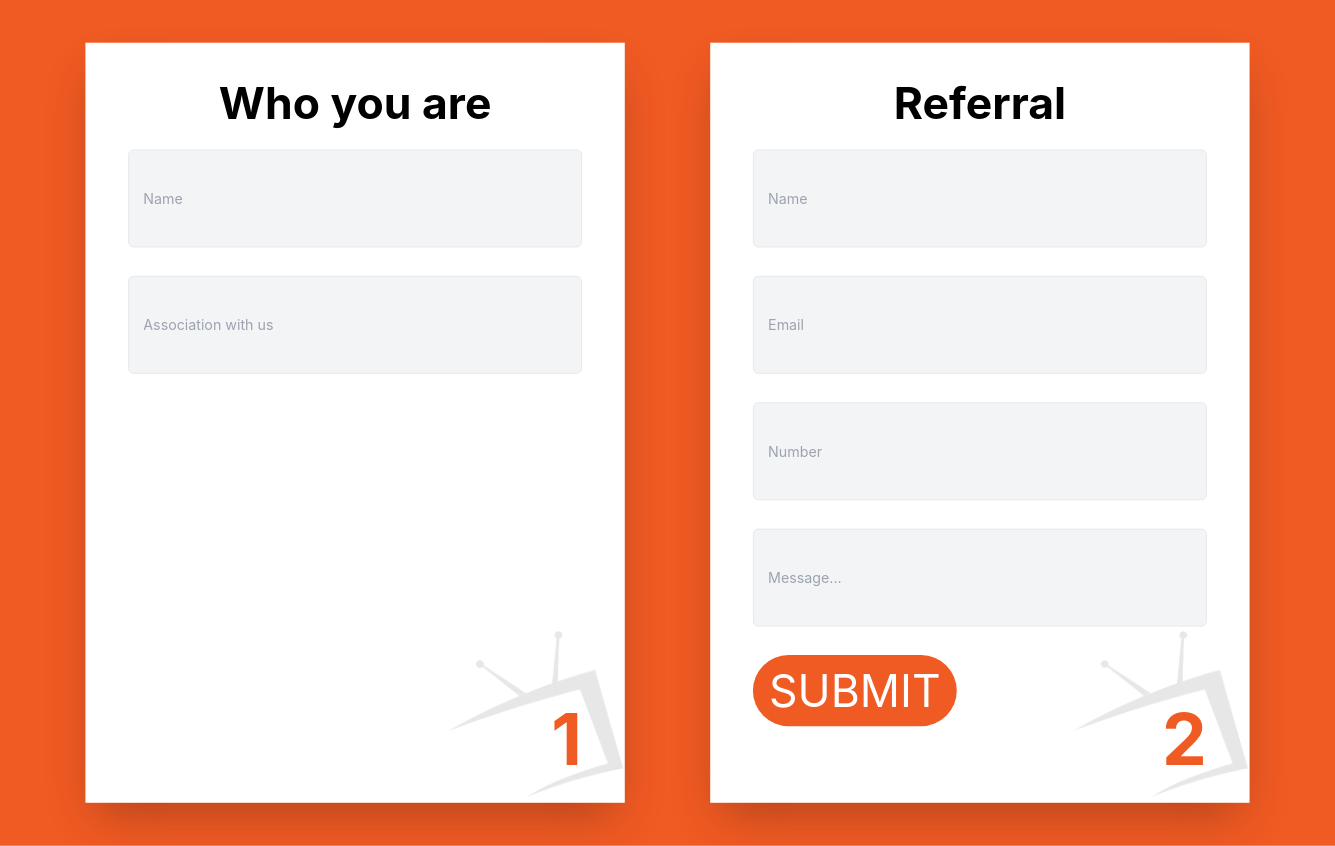
Repository: legenddev1202/whyclicktv
Page: /referrel
The author's editor kept a copy of each file at every save. The page is drawn from the files as they stood at one save, then again after the next save.
The browser window is 1280 px wide. The page is 1500 px wide, so the pictures cover 1500 px, including what lies to the right of the window. The pictures show the whole page, at 89% of full size.
The project was rebuilt for these pictures with package versions that can differ from the ones it lists, and the page was loaded fresh each time. Also part of the build but not shown: src/App.css, src/pages/home.js, src/pages/about.js, src/pages/contact.js, src/pages/partners.js.

Above is the page before, as saved 2022-04-12 08:03:45.

After the next save:
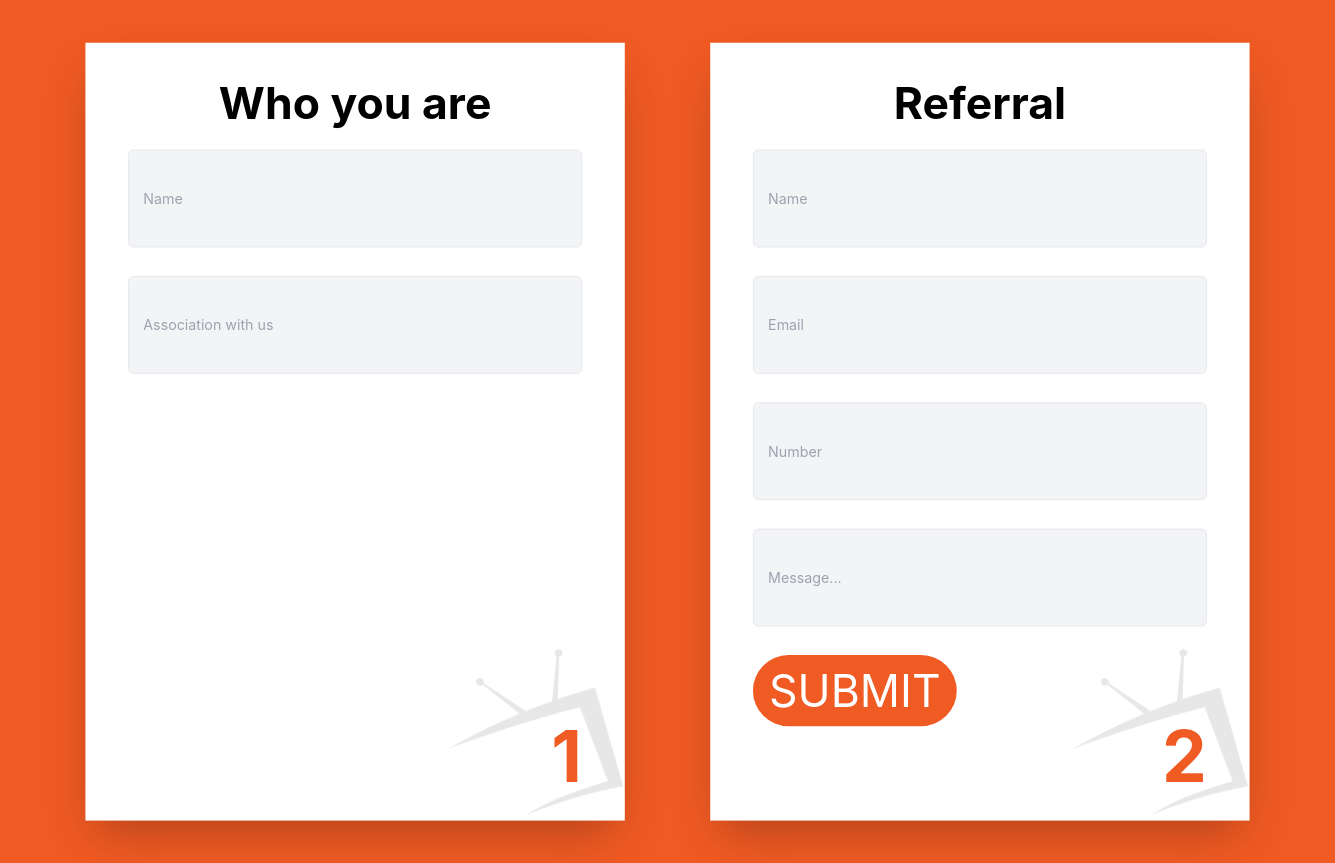
Saved 12 s later.
--- a/src/pages/referral.js
+++ b/src/pages/referral.js
@@ -5,7 +5,7 @@ function Referral() {
   return (
     <div
       className="w-full h-full flex flex-col flex-1"
-      style={{ backgroundColor: "#F05A23", height: "100vh", minHeight: 950 }}
+      style={{ backgroundColor: "#F05A23", height: "100vh", minHeight: 970 }}
     >
       <div className="w-full h-full p-12 flex h-full">
         <div className="w-1/2 p-12 mx-12 flex flex-col items-center bg-white h-11/12 relative shadow-2xl">
